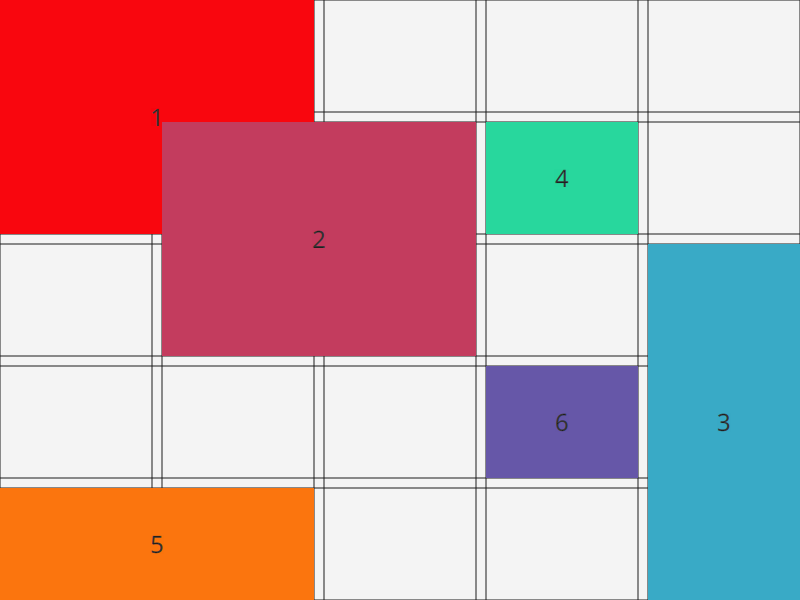
Repository: fredoluzjr/Java-Udemy
Program's window: java Workspace/exercicios-javafx/src/layout/AppLayout.java
These files come from the project's save history. The program's window is drawn as it stood at one moment and after the next save; the edit follows.
It runs on Java 21 on a 1366 x 768 screen with JavaFX 11; the title bar is not drawn.

Above is the program's window before, as saved 2021-07-08 23:33:09.

### Workspace/exercicios-javafx/src/layout/AppLayout.java
package layout;

import javafx.application.Application;
import javafx.scene.Parent;
import javafx.scene.Scene;
import javafx.stage.Stage;

public class AppLayout extends Application{

	@Override
	public void start(Stage primaryStage) throws Exception {
		Parent raiz = null;

		raiz = new TesteAnchorPane();
		raiz = new TesteBorderPane();
		raiz = new TesteFlowPane();
		raiz = new TesteGridPane();

		//Scene principal = new Scene(new TesteAnchorPane(), 800, 600);
		Scene principal = new Scene(raiz, 800, 600);

		primaryStage.setScene(principal);
		primaryStage.setTitle("Gerenciadores de Layout");
		primaryStage.show();
	}

	public static void main(String[] args) {
		launch(args);
	}
}

### Workspace/exercicios-javafx/src/layout/TesteGridPane.java
package layout;

import javafx.scene.layout.ColumnConstraints;
import javafx.scene.layout.GridPane;
import javafx.scene.layout.RowConstraints;

public class TesteGridPane extends GridPane{

	public TesteGridPane() {

		Caixa c1 = new Caixa().comTexto("1");
		Caixa c2 = new Caixa().comTexto("2");
		Caixa c3 = new Caixa().comTexto("3");
		Caixa c4 = new Caixa().comTexto("4");
		Caixa c5 = new Caixa().comTexto("5");
		Caixa c6 = new Caixa().comTexto("6");

		setGridLinesVisible(true);

		getColumnConstraints().addAll(cc(), cc(), cc(), cc(), cc());
		getRowConstraints().addAll(rc(), rc(), rc(), rc(), rc());

		setVgap(10);
		setHgap(10);

		add(c1, 0, 0, 2, 2);
		add(c2, 1, 1, 2, 2);
		add(c3, 4, 2, 1, 3);
		add(c4, 3, 1);
		add(c5, 0, 4, 2, 1);
		add(c6, 3, 3);
	}

	private ColumnConstraints cc() {
		ColumnConstraints cc = new ColumnConstraints();
		cc.setPercentWidth(20);
		cc.setFillWidth(true);
		return cc;
	}

	private RowConstraints rc() {
		RowConstraints rc = new RowConstraints();
		rc.setPercentHeight(20);
		rc.setFillHeight(true);
		return rc;
	}
}

### Workspace/exercicios-javafx/src/layout/TesteAnchorPane.java
package layout;

import javafx.geometry.Pos;
import javafx.scene.layout.AnchorPane;
import javafx.scene.layout.HBox;

public class TesteAnchorPane extends AnchorPane{

	public TesteAnchorPane() {

		Quadrado q1 = new Quadrado();
		setTopAnchor(q1, 10.0);
		setLeftAnchor(q1, 10.0);

		Quadrado q2 = new Quadrado();
		setTopAnchor(q2, 10.0);
		setRightAnchor(q2, 10.0);

		Quadrado q3 = new Quadrado();
		setBottomAnchor(q3, 10.0);
		setLeftAnchor(q3, 10.0);

		Quadrado q4 = new Quadrado();
		setBottomAnchor(q4, 10.0);
		setRightAnchor(q4, 10.0);

		HBox centro = new HBox();
		centro.setAlignment(Pos.CENTER);
		setTopAnchor(centro, 110.0);
		setBottomAnchor(centro, 110.0);
		setLeftAnchor(centro, 110.0);
		setRightAnchor(centro, 110.0);

		Quadrado q5 = new Quadrado();
		centro.getChildren().add(q5);

		getChildren().addAll(q1, q2, q3, q4, centro);
	}
}

### Workspace/exercicios-javafx/src/layout/Quadrado.java
package layout;

import javafx.scene.paint.Color;
import javafx.scene.shape.Rectangle;

public class Quadrado extends Rectangle {

private static int i = 0;

	public String[] cores = {
		"#c33c5e", "#39aac6", "#28d79d",
		"#fb750e", "#6657a8", "#f9060e"
	};

	public Quadrado() {
		this(100, 100);
	}

	public Quadrado(int largura, int altura) {

		setWidth(largura);
		setHeight(altura);

		setFill(Color.web(cores[i]));

		i++;
		if(i == 6) i = 0;
	}
	}

### Workspace/exercicios-javafx/src/layout/TesteBorderPane.java
package layout;

import javafx.scene.layout.BorderPane;

public class TesteBorderPane extends BorderPane{

	public TesteBorderPane() {

		Caixa c1 = new Caixa().comTexto("Topo");
		setTop(c1);

		Caixa c2 = new Caixa().comTexto("Esquerda");
		setLeft(c2);

		Caixa c3 = new Caixa().comTexto("Direita");
		setRight(c3);

		Caixa c4 = new Caixa().comTexto("Fundo");
		setBottom(c4);

		Caixa c5 = new Caixa().comTexto("Área Central");
		setCenter(c5);
	}
}

### Workspace/exercicios-javafx/src/layout/Caixa.java
package layout;

import javafx.geometry.Insets;
import javafx.geometry.Pos;
import javafx.scene.control.Label;
import javafx.scene.layout.Background;
import javafx.scene.layout.BackgroundFill;
import javafx.scene.layout.CornerRadii;
import javafx.scene.layout.HBox;
import javafx.scene.paint.Color;
import javafx.scene.text.Font;

public class Caixa extends HBox {

	private static int i = 0;

	public String[] cores = {
		"#c33c5e", "#39aac6", "#28d79d",
		"#fb750e", "#6657a8", "#f9060e"
	};

	public Caixa() {
		this(100, 100);
	}

	public Caixa(int largura, int altura) {
		setAlignment(Pos.CENTER);

		setMinWidth(largura);
		setMinHeight(altura);

		BackgroundFill fill = new BackgroundFill(Color.web(cores[i]), CornerRadii.EMPTY, Insets.EMPTY);
		setBackground(new Background(fill));

		i++;
		if(i == 6) i = 0;
	}

	public Caixa comTexto(String texto) {
		Label label = new Label(texto);
		label.setFont(new Font(24));
		getChildren().add(label);
		return this;
	}
}

### Workspace/exercicios-javafx/src/layout/TesteFlowPane.java
package layout;

import javafx.geometry.Insets;
import javafx.geometry.Orientation;
import javafx.geometry.Pos;
import javafx.scene.layout.FlowPane;

public class TesteFlowPane extends FlowPane{

	public TesteFlowPane() {
		Quadrado q1 = new Quadrado();
		Quadrado q2 = new Quadrado();
		Quadrado q3 = new Quadrado();
		Quadrado q4 = new Quadrado();
		Quadrado q5 = new Quadrado();

		setHgap(10);
		setVgap(10);
		setPadding(new Insets(10));

		setOrientation(Orientation.VERTICAL);
		setAlignment(Pos.CENTER_RIGHT);

		getChildren().addAll(q1, q2, q3, q4, q5);
	}
}

After the next save:
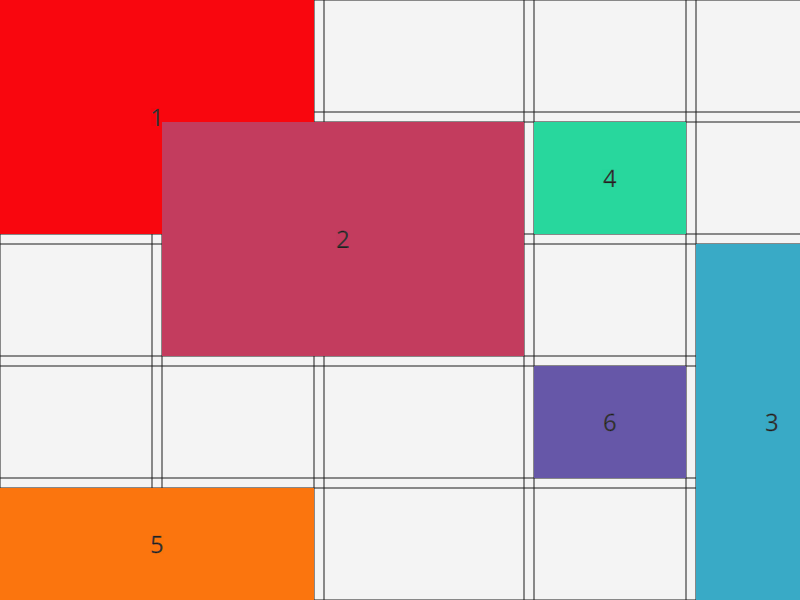
Saved 78 s later.
--- a/Workspace/exercicios-javafx/src/layout/TesteGridPane.java
+++ b/Workspace/exercicios-javafx/src/layout/TesteGridPane.java
@@ -17,7 +17,7 @@
 
 		setGridLinesVisible(true);
 
-		getColumnConstraints().addAll(cc(), cc(), cc(), cc(), cc());
+		getColumnConstraints().addAll(cc(), cc(), fcc(), cc(), cc());
 		getRowConstraints().addAll(rc(), rc(), rc(), rc(), rc());
 
 		setVgap(10);
@@ -38,6 +38,15 @@
 		return cc;
 	}
 
+	private ColumnConstraints fcc() {
+		ColumnConstraints cc = new ColumnConstraints();
+		//cc.setPercentWidth(20);
+		cc.setMinWidth(200);
+		cc.setMaxWidth(200);
+		cc.setFillWidth(true);
+		return cc;
+	}
+
 	private RowConstraints rc() {
 		RowConstraints rc = new RowConstraints();
 		rc.setPercentHeight(20);
